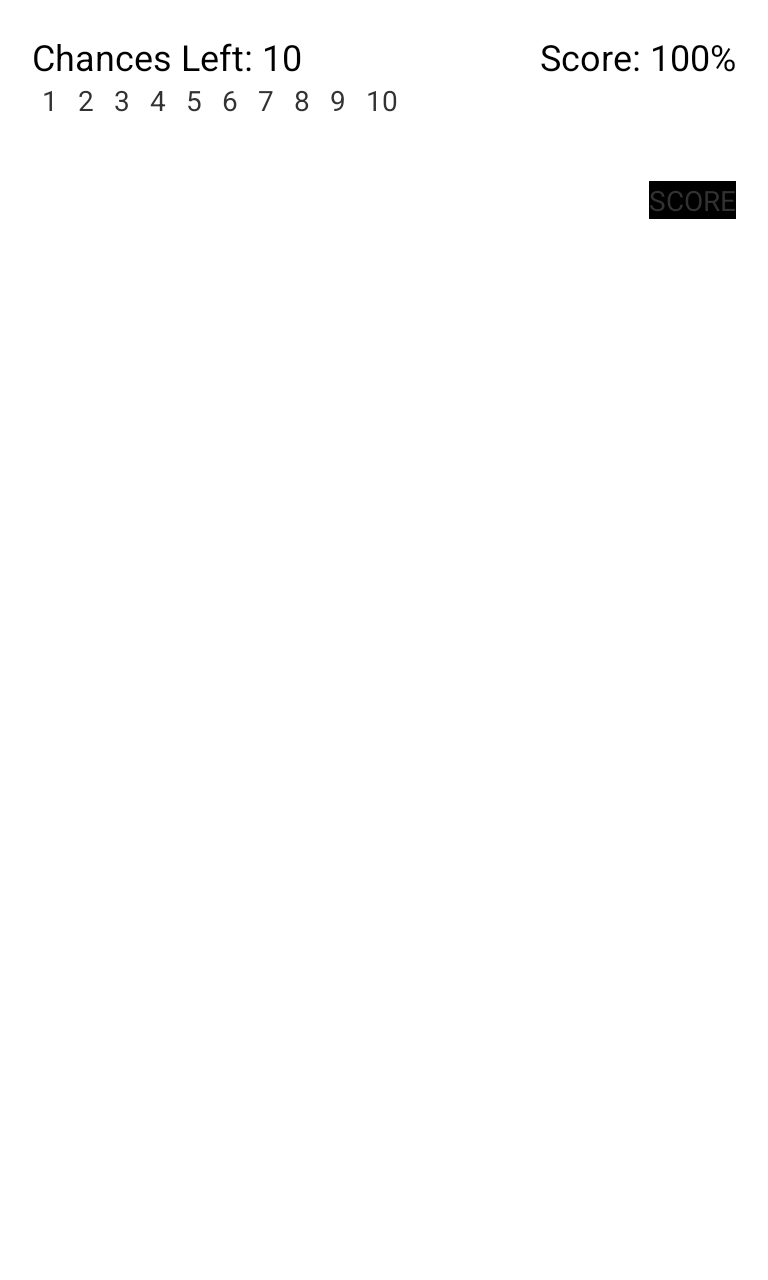
Repository: lethe13/AndroidProgramming
Layout: COMP304-Group1-MicroProject5/res/layout/activity_graphical_guessing_game.xml
These files come from the project's save history. The layout is drawn as it stood at one moment and after the next save; the edit follows.
It is drawn on a 768 x 1280 px phone screen (xhdpi) without system bars, with theme AppTheme; the app's code is not run.

Above is the layout before, as saved 2015-11-16 20:52:06.

After the next save:
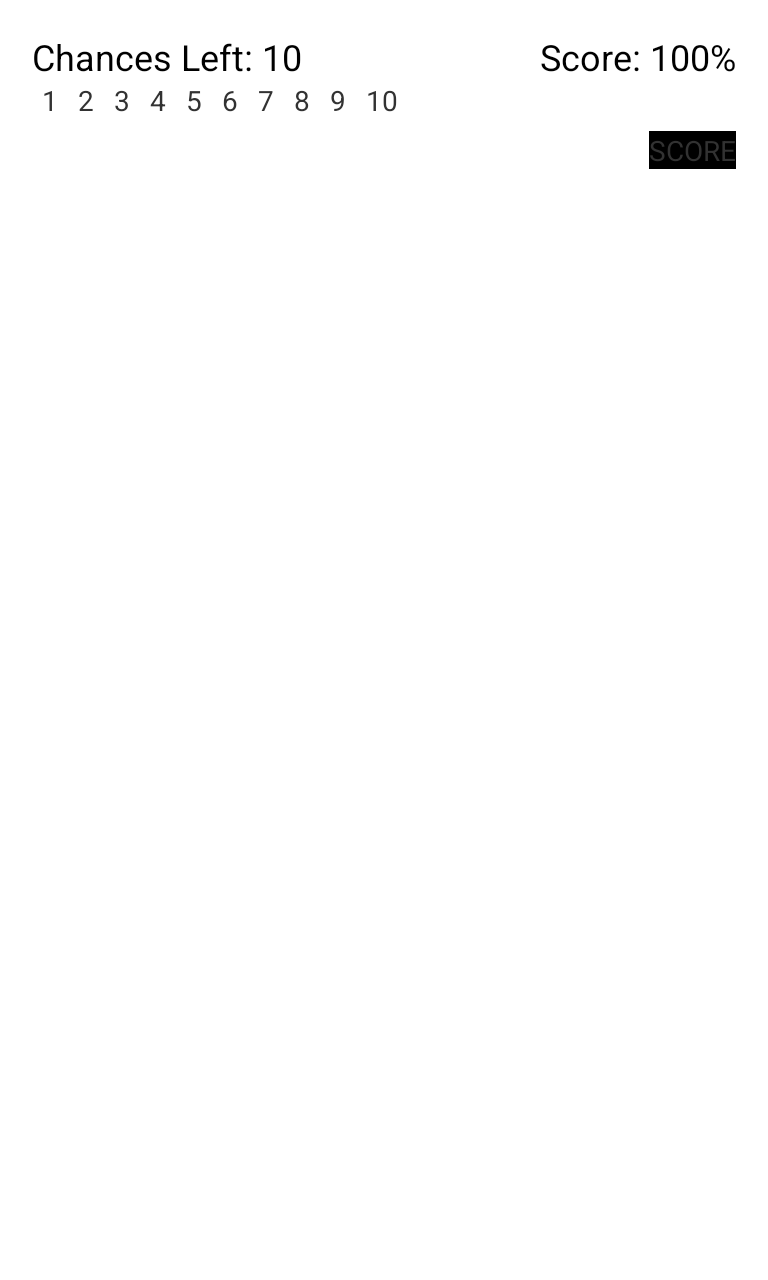
Saved 5 s later.
--- a/COMP304-Group1-MicroProject5/res/layout/activity_graphical_guessing_game.xml
+++ b/COMP304-Group1-MicroProject5/res/layout/activity_graphical_guessing_game.xml
@@ -158,7 +158,7 @@
         <TextView android:id="@+id/tvScore"
 		        android:layout_width="wrap_content"
 		        android:layout_height="wrap_content"
-				android:layout_marginTop="50dp"
+				android:layout_marginTop="25dp"
 				android:background="#000000"
 		        android:text="SCORE" />
     </LinearLayout>
